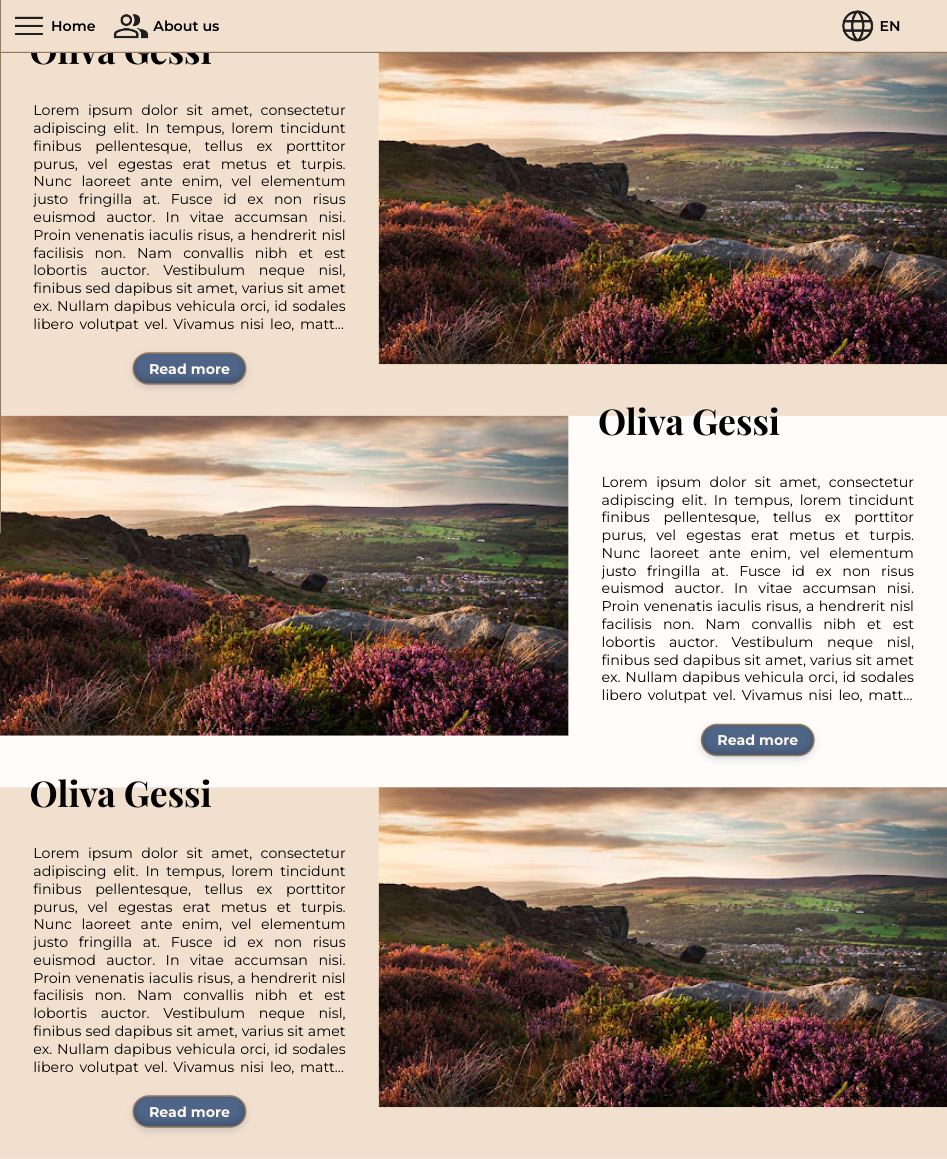
Repository: Seaside-Jokers/Oliva-gessi
Page: index.html
The author's editor kept a copy of each file at every save. The page is drawn from the files as they stood at one save, then again after the next save.
The browser window is 1280 px wide. The pictures show the whole page, at 74% of full size.
Some web fonts or font styles are not loaded; a fallback is used.

Above is the page before, as saved 2026-02-18 16:01:42.

### index.html
<!DOCTYPE html>
<html lang="it">
<head>
    <meta charset="UTF-8">
    <title>Oliva Gessi</title>
    <link rel="stylesheet" href="src/style.css">
    <link rel="alternate" hreflang="en" href="index.html">
    <link rel="alternate" hreflang="it" href="index.html">
    <link rel="preconnect" href="https://fonts.googleapis.com">
    <link rel="preconnect" href="https://fonts.gstatic.com" crossorigin>
    <link href="https://fonts.googleapis.com/css2?family=Playfair+Display:ital,wght@0,400..900;1,400..900&display=swap" rel="stylesheet">
</head>
<body>
    <!-- ======================================================================= -->
    <!--                                 NAVBAR                                  -->
    <!-- ======================================================================= -->
    <nav class="navbar">
        <!-- Home -->
        <button class="btn-navbar" type="button" onclick="toggleMenu()">
            <img src="assets/menu_icon.png" data-key="home" alt="Home" class="icone" id="navbar-button">
            <span data-key="home" class="nav-data">Menu</span>
        </button>
        <!-- About us-->
        <button class="btn-navbar" type="button" onclick="location.href='about-us.html'">
            <img src="assets/about_us.png" data-key="about" alt="Chi siamo" class="icone">
            <span data-key="about" class="nav-data">Chi siamo</span>
        </button>
        <!-- Cambio lingua (a destra) -->
        <button class="btn-navbar lang-button" type="button" onclick="changeLang()">
            <img src="assets/language.png" data-key="language" alt="Cambia lingua" class="icone">
            <span data-key="current_language" class="nav-data">IT</span>
        </button>
    </nav>
    <!-- ======================================================================= -->
    <!--                                 SIDEBAR                                 -->
    <!-- ======================================================================= -->
    <!-- Strato trasparente che permette di chiudere il menu cliccando fuori -->
    <div class="clicker" onclick="closeMenu()"></div>
    <!-- Menu laterale vero e proprio -->
    <div class="sidebar" id="sidebar">
        <!-- Chiudi il menu -->
        <button class="sidebar-button" type="button" onclick="closeMenu()">
            <img src="assets/close.png" alt="Chiudi menu" class="icone large">
            <span data-key="close_menu" class="side-data">Chiudi</span>
        </button>
        <!-- About us -->
        <button class="sidebar-button" type="button" onclick="location.href='about-us.html'">
            <img src="assets/about_us.png" alt="Chiudi menu" class="icone large">
            <span data-key="about" class="side-data">Chi siamo</span>
        </button>
        <details>
            <!-- Le varie pagine del file -->
            <summary data-key="cerca_pagina"></summary>
        </details>
    </div>

    <!-- ======================================================================= -->
    <!--                                CONTENUTO                                -->
    <!-- ======================================================================= -->
    <div class="blocco">
        <img src="assets/immagine_16x9.jpg" alt="Foto placeholder del primo blocco" data-key="alt_img1" class="foto-blocco">
        <div class="container-testo-blocco">
            <h1 class="titolo-blocco" data-key="title_1">Oliva Gessi</h1>
            <p class="testo-blocco" data-key="testo_1">Lorem ipsum dolor sit amet, consectetur adipiscing elit. In tempus, lorem tincidunt finibus pellentesque, tellus ex porttitor purus, vel egestas erat metus et turpis. Nunc laoreet ante enim, vel elementum justo fringilla at. Fusce id ex non risus euismod auctor. In vitae accumsan nisi. Proin venenatis iaculis risus, a hendrerit nisl facilisis non. Nam convallis nibh et est lobortis auctor. Vestibulum neque nisl, finibus sed dapibus sit amet, varius sit amet ex. Nullam dapibus vehicula orci, id sodales libero volutpat vel. Vivamus nisi leo, mattis ut est convallis, pharetra ornare ipsum. Fusce elementum velit at massa mattis rutrum. Curabitur tincidunt consectetur nibh, in molestie urna ullamcorper sed. Interdum et malesuada fames ac ante ipsum primis in faucibus.</p>
            <button class="read-more-button" type="button" onclick="" data-key="read_more">Leggi di più</button>
        </div>
    </div>
    <div class="blocco">
        <img src="assets/immagine_16x9.jpg" alt="Foto placeholder del primo blocco" data-key="alt_img1" class="foto-blocco">
        <div class="container-testo-blocco">
            <h1 class="titolo-blocco" data-key="title_1">Oliva Gessi</h1>
            <p class="testo-blocco" data-key="testo_1">Lorem ipsum dolor sit amet, consectetur adipiscing elit. In tempus, lorem tincidunt finibus pellentesque, tellus ex porttitor purus, vel egestas erat metus et turpis. Nunc laoreet ante enim, vel elementum justo fringilla at. Fusce id ex non risus euismod auctor. In vitae accumsan nisi. Proin venenatis iaculis risus, a hendrerit nisl facilisis non. Nam convallis nibh et est lobortis auctor. Vestibulum neque nisl, finibus sed dapibus sit amet, varius sit amet ex. Nullam dapibus vehicula orci, id sodales libero volutpat vel. Vivamus nisi leo, mattis ut est convallis, pharetra ornare ipsum. Fusce elementum velit at massa mattis rutrum. Curabitur tincidunt consectetur nibh, in molestie urna ullamcorper sed. Interdum et malesuada fames ac ante ipsum primis in faucibus.</p>
            <button class="read-more-button" type="button" onclick="" data-key="read_more">Leggi di più</button>
        </div>
    </div>
    <div class="blocco">
        <img src="assets/immagine_16x9.jpg" alt="Foto placeholder del primo blocco" data-key="alt_img1" class="foto-blocco">
        <div class="container-testo-blocco">
            <h1 class="titolo-blocco" data-key="title_1">Oliva Gessi</h1>
            <p class="testo-blocco" data-key="testo_1">Lorem ipsum dolor sit amet, consectetur adipiscing elit. In tempus, lorem tincidunt finibus pellentesque, tellus ex porttitor purus, vel egestas erat metus et turpis. Nunc laoreet ante enim, vel elementum justo fringilla at. Fusce id ex non risus euismod auctor. In vitae accumsan nisi. Proin venenatis iaculis risus, a hendrerit nisl facilisis non. Nam convallis nibh et est lobortis auctor. Vestibulum neque nisl, finibus sed dapibus sit amet, varius sit amet ex. Nullam dapibus vehicula orci, id sodales libero volutpat vel. Vivamus nisi leo, mattis ut est convallis, pharetra ornare ipsum. Fusce elementum velit at massa mattis rutrum. Curabitur tincidunt consectetur nibh, in molestie urna ullamcorper sed. Interdum et malesuada fames ac ante ipsum primis in faucibus.</p>
            <button class="read-more-button" type="button" onclick="" data-key="read_more">Leggi di più</button>
        </div>
    </div>

    <!--=======================================================================-->
    <!--                      DO NOT TOUCH BELOW THIS LINE                     -->
    <!--=======================================================================-->
    <script src="src/database_testo.js"></script>
    <script src="src/color_scheme.js"></script>
    <script src="src/sidebar.js"></script>
    <script src="src/homepage.js"></script>
</body>

<!-- TODO: leggi questo commento e poi eliminalo per favore: quando vuoi aggiungere un nuovo testo modificalo in src/database_testo.js -->
</html>

### src/style.css
/* -------------------------------------------------------------------------- */
/*                                   COLORI                                   */
/* -------------------------------------------------------------------------- */
:root,
[data-theme="light"] {
    /** BACKGROUND */
    --bg-dark:      hsl(30 58% 88%);
    --bg:           hsl(30 100% 94%);
    --bg-light:     hsl(30 100% 99%);

    /** TESTO */
    --text:         hsl(17 100% 4%);
    --text-muted:   hsl(32 47% 25%);
    --highlight:    hsl(31 100% 97%);

    /** BORDI */
    --border:       hsl(31 26% 47%);
    --border-muted: hsl(31 31% 59%);

    /** COLORI INTERFACCIA */
    --primary:      hsl(37 100% 17%);
    --secondary:    hsl(206 82% 26%);
    --danger:       hsl(9 25% 41%);
    --warning:      hsl(51 29% 33%);
    --success:      hsl(148 24% 35%);
    --info:         hsl(217 26% 42%);
}

[data-theme="dark"] {
    /** BACKGROUND */
    --bg-dark:      hsl(18 100% 1%);
    --bg:           hsl(25 93% 4%);
    --bg-light:     hsl(31 65% 7%);

    /** TESTO */
    --text:         hsl(31 100% 92%);
    --text-muted:   hsl(31 39% 67%);
    --highlight:    hsl(31 33% 36%);

    /** BORDI */
    --border:       hsl(32 47% 25%);
    --border-muted: hsl(34 84% 14%);

    /** COLORI INTERFACCIA */
    --primary:      hsl(31 62% 64%);
    --secondary:    hsl(209 77% 71%);
    --danger:       hsl(9 31% 65%);
    --warning:      hsl(52 22% 56%);
    --success:      hsl(147 21% 58%);
    --info:         hsl(217 34% 65%);
}

/* Fallback per chi non ha JavaScript: segue la preferenza di sistema */
@media (prefers-color-scheme: dark) {
    :root:not([data-theme]) {
        /** BACKGROUND */
        --bg-dark:      hsl(18 100% 1%);
        --bg:           hsl(25 93% 4%);
        --bg-light:     hsl(31 65% 7%);

        /** TESTO */
        --text:         hsl(31 100% 92%);
        --text-muted:   hsl(31 39% 67%);
        --highlight:    hsl(31 33% 36%);

        /** BORDI */
        --border:       hsl(32 47% 25%);
        --border-muted: hsl(34 84% 14%);

        /** COLORI INTERFACCIA */
        --primary:      hsl(31 62% 64%);
        --secondary:    hsl(209 77% 71%);
        --danger:       hsl(9 31% 65%);
        --warning:      hsl(52 22% 56%);
        --success:      hsl(147 21% 58%);
        --info:         hsl(217 34% 65%);
    }
}

:root {
    /* --- VALORI PER DESKTOP (Default) --- */

    /* -------------------------------------------------------------------------- */
    /*                                   NAVBAR                                   */
    /* -------------------------------------------------------------------------- */
    --nav-height: 60px;
    --nav-img-size: 50px;
    --nav-font-size: 1.2rem;
    --sidebar-width: 300px;
    /* -------------------------------------------------------------------------- */
    /*                                  HOMEPAGE                                  */
    /* -------------------------------------------------------------------------- */
    --block-dist: 30px;
    --btn-width: 150px;
    --btn-height: 40px;
}

@media (max-aspect-ratio: 1/1) {
    :root {
        /* --- VALORI PER MOBILE (Telefoni e Tablet piccoli) --- */

        /* -------------------------------------------------------------------------- */
        /*                                   NAVBAR                                   */
        /* -------------------------------------------------------------------------- */
        --nav-height: 80px;
        --nav-img-size: 65px;
        --nav-font-size: 2.1rem;
        --sidebar-width: 450px;
        /* -------------------------------------------------------------------------- */
        /*                                  HOMEPAGE                                  */
        /* -------------------------------------------------------------------------- */
        --block-dist: 30px;

        --btn-width: 300px;
        --btn-height: 80px;
    }
}


/* -------------------------------------------------------------------------- */
/*                                    BASE                                    */
/* -------------------------------------------------------------------------- */
/* corpo dell'HTML */
body {
    font-family: 'Montserrat', sans-serif;
    margin: 0;
    padding: 0;
    background-color: var(--bg-light);
    padding-top: var(--nav-height);
}

@font-face {
    font-family: 'Playfair Display';
    src: url('../fonts/Playfair_Display/PlayfairDisplay-VariableFont_wght.ttf') format('truetype');
    font-weight: 100 900;
    font-style: normal;
    font-display: swap;
}
@font-face {
    font-family: 'Playfair Display';
    src: url('../fonts/Playfair_Display/PlayfairDisplay-Italic-VariableFont_wght.ttf') format('truetype');
    font-weight: 100 900;
    font-style: italic;
    font-display: swap;
}

@font-face {
    font-family: 'Montserrat';
    src: url('../fonts/Montserrat/Montserrat-VariableFont_wght.ttf') format('truetype');
    font-weight: 100 900;
    font-style: normal;
    font-display: swap;
}
@font-face {
    font-family: 'Montserrat';
    src: url('../fonts/Montserrat/Montserrat-Italic-VariableFont_wght.ttf') format('truetype');
    font-weight: 100 900;
    font-style: italic;
    font-display: swap;
}

.text {
    font-family: 'Montserrat', sans-serif;
}
.title {
    font-family: 'Playfair Display', serif;
}

h1 {
    font-family: 'Playfair Display', serif;
    font-weight: bold;
}
h2 {
    font-family: 'Playfair Display', serif;
    font-weight: bold;
}
h3 {
    font-family: 'Playfair Display', serif;
    font-weight: bold;
}
h4 {
    font-family: 'Playfair Display', serif;
    font-weight: bold;
}
h5 {
    font-family: 'Playfair Display', serif;
    font-weight: bold;
}
h6 {
    font-family: 'Playfair Display', serif;
    font-weight: bold;
}
p {
    font-family: 'Montserrat', sans-serif;
}
span {
    font-family: 'Montserrat', sans-serif;
}

.l {
    margin-left: 0px;
    margin-right: auto;
}
.r {
    margin-left: auto;
    margin-right: 0px;
    align-items: right;
}

/* -------------------------------------------------------------------------- */
/*                                   NAVBAR                                   */
/* -------------------------------------------------------------------------- */
nav.navbar {
    position: fixed;
    top: 0;
    width: 100%;
    height: var(--nav-height);
    display: flex;
    align-items: center;
    background-color: var(--bg-dark);
    padding: 5px;
    border-bottom: 2px solid var(--border);
}
.icone {
    width: var(--nav-img-size);
    height: auto;
    display: block;
    margin: 0px 5px;
}

button.btn-navbar {
    padding: 4px;
    margin-right: 10px;
    background: none;
    border: none;
    cursor: pointer;
    transition: transform 0.2s;
    display: flex;
    flex-direction: row;
    align-items: center;
    justify-content: center;
    font-family: 'Montserrat', sans-serif;
}
.btn-navbar:hover {
    transform: scale(1.1);
}
button.btn-navbar.lang-button {
    margin-left: auto;
    margin-right: 5vw;
}
button.btn-navbar.ruotata {
    transform: rotate(90deg);
}

span.nav-data {
    font-family: 'Montserrat', sans-serif;
    font-size: var(--nav-font-size);
    font-weight: 600;
}
/* TODO: apertuta menu, rotazione di 90° quando il menù è aperto */

.btn-menu:hover {
    transform: scale(1.1);
}

/* -------------------------------------------------------------------------- */
/*                               SIDEBAR (HOME)                               */
/* -------------------------------------------------------------------------- */
.clicker {
    position: fixed;
    top: 0;
    left: 0;
    width: 0%;
    height: 0%;
    z-index: 1;
}
.clicker.show {
    width: 100%;
    height: 100%;
}
.sidebar {
    position: fixed;
    height: 100%;
    width: var(--sidebar-width);
    position: fixed;
    z-index: 1000;
    top: 0;
    left: calc(-1 * var(--sidebar-width));
    background-color: var(--bg-dark);
    overflow-x: hidden;
    transition: 0.5s;
    flex-direction: column;
    border-right: 2px solid var(--border);
}
.sidebar.aperta {
    left: 0;
}
.sidebar-button {
    background: none;
    border: none;
    display: flex;
    flex-direction: row;
    align-items: center;
    height: var(--nav-height);
    flex: 1;
    margin: 8px 3px;
}
.side-data {
    font-size: var(--nav-font-size);
}
details {
  cursor: pointer;
  font-weight: bold;
  margin-top: 10px;
  margin-bottom: 15px;
  margin-left: 15px;
  font-size: var(--nav-font-size);
}

/* -------------------------------------------------------------------------- */
/*                                  CONTENUTO                                 */
/* -------------------------------------------------------------------------- */
.container {
    display: flex;
    flex-direction: row;
    align-items: center;
    justify-content: center;
    width: 100%;
}
.blurry {
    backdrop-filter: blur(5px);
    -webkit-backdrop-filter: blur(8px);
}

/* Valori per computer */
.blocco {
    width: 100%;
    height: 33.75vw;
    padding-bottom: 70px;
    padding-top:
    box-sizing: content-box;
    display: flex;
    flex-direction: row;
    align-items: stretch;
    background: none;
    align-items: center;
}
.blocco:nth-child(even) {
    flex-direction: row-reverse;
    flex-direction: row-reverse;
    background: var(--bg-dark);
}
.container-testo-blocco {
    width: auto;
    display: flex;
    flex-direction: column;
    padding: 0px 20px;
    min-height: 0;
    flex: 1;
    overflow: hidden;
}
.titolo-blocco {
    font-size: 3rem;
    margin: 20px;
    font-family: 'Playfair Display', serif;
    flex-shrink: 0;
}
.testo-blocco {
    margin-left: 25px;
    margin-right: 25px;
    flex: 1;
    overflow: hidden;
    min-height: 0;
    font-size: var(--nav-font-size);
    display: -webkit-box;
    -webkit-box-orient: vertical;
    -webkit-line-clamp: 13;
    line-clamp: 13;
    text-align: justify;
    /* line-clamp aggiornato dinamicamente dal JS */
}
.foto-blocco {
    width: 60%;
    height: 100%;
    display: block;
    object-fit: cover;
    flex-shrink: 0;
}
.read-more-button {
    width: var(--btn-width);
    height: var(--btn-height);
    margin-top: 10px;
    margin-bottom: 20px;
    margin-left: calc(50% - var(--btn-width) / 2);
    background-color: var(--info);
    border: none;
    color: var(--highlight);
    font-size: var(--nav-font-size);
    font-family: 'Montserrat', sans-serif;
    cursor: pointer;
    font-weight: 700;
    border-radius: calc(var(--btn-height) / 2);
    border: none;
    box-shadow:
        0 0 0 2px var(--border),
        inset 0 -4px 8px hsl(0 0% 0% / 0.2),
        0 4px 12px hsl(217 26% 42% / 0.3);
    transition: all 0.2s ease;
    flex-shrink: 0;
}
.read-more-button:hover {
    box-shadow:
        0 0 0 3px var(--border-muted),
        inset 0 -2px 4px hsl(0 0% 0% / 0.15),
        0 6px 16px hsl(209 77% 71% / 0.4);
    transform: translateY(-2px);
}

@media (max-aspect-ratio: 1/1), (max-width: 1000px) {
    /* Valori per telefono */
    .blocco {
        height: auto;
        padding-bottom: 0;
        flex-direction: column;
        border-bottom: 2px solid var(--highlight);
    }
    .blocco:nth-child(even) {
        flex-direction: column;
    }
    .titolo-blocco {
        font-size: 5rem;
    }
    .foto-blocco {
        width: 100%;
        height: auto;
        aspect-ratio: 16/9;
    }
    .testo-blocco {
        -webkit-line-clamp: 10;
        line-clamp: 10;
    }
}



/* -------------------------------------------------------------------------- */
/*                              IMG (ABOUT US)                               */
/* -------------------------------------------------------------------------- */



#jacopo {

    margin: 100px 100px;
}

/*
    Fonts: https://ctrl-z.it/9-font-architettura-tavole-portfolio https://material-f/
    Design: foundation.github.io/material-theme-builder/
    Design: https://www.iamsajid.com/css-tricks/
    Fonts: Playfair Display (titoli), Montserrat (testo normale)
*/

### src/sidebar.js
let menuAperto = false;

function toggleMenu() {
    menuAperto = !menuAperto;

    const icon = document.getElementById("navbar-button");
    icon.classList.toggle('ruotata');

    const menu = document.getElementById("sidebar");
    menu.classList.toggle('aperta');

    const clicker = document.querySelector(".clicker");
    clicker.classList.toggle('show');
}
function closeMenu() {
    if(!menuAperto) return;
    toggleMenu();
}

### src/homepage.js
function clampTesti() {
    document.querySelectorAll('.blocco').forEach(blocco => {
        const img    = blocco.querySelector('.foto-blocco');
        const testo  = blocco.querySelector('.testo-blocco');
        const titolo = blocco.querySelector('.titolo-blocco');
        const btn    = blocco.querySelector('.read-more-button');
        if (!img || !testo) return;

        // Altezza reale della foto (rispetta aspect-ratio e zoom)
        const imgH = img.getBoundingClientRect().height;

        // Spazio occupato da titolo e pulsante (margini inclusi)
        const titleH = titolo ? titolo.getBoundingClientRect().height
                                + parseFloat(getComputedStyle(titolo).marginTop)
                                + parseFloat(getComputedStyle(titolo).marginBottom)
                              : 0;
        const btnH   = btn    ? btn.getBoundingClientRect().height
                                + parseFloat(getComputedStyle(btn).marginTop)
                                + parseFloat(getComputedStyle(btn).marginBottom)
                              : 0;

        // Padding del container
        const contStyle = getComputedStyle(testo.parentElement);
        const padV = parseFloat(contStyle.paddingTop) + parseFloat(contStyle.paddingBottom);

        const disponibile = imgH - titleH - btnH - padV
                            - parseFloat(getComputedStyle(testo).marginTop)
                            - parseFloat(getComputedStyle(testo).marginBottom);

        const lineH = parseFloat(getComputedStyle(testo).lineHeight);
        const righe = Math.max(1, Math.floor(disponibile / lineH));

        testo.style.webkitLineClamp = righe;
        testo.style.lineClamp       = righe;
    });
}

// Ricalcola ad ogni resize (zoom incluso) e al caricamento immagini
window.addEventListener('resize', clampTesti);
document.querySelectorAll('.foto-blocco').forEach(img => {
    img.addEventListener('load', clampTesti);
    if (img.complete) clampTesti();
});
document.addEventListener('DOMContentLoaded', clampTesti);

Loaded but not shown: src/color_scheme.js (155 lines, source omitted); src/database_testo.js (94 lines, source omitted)

After the next save:
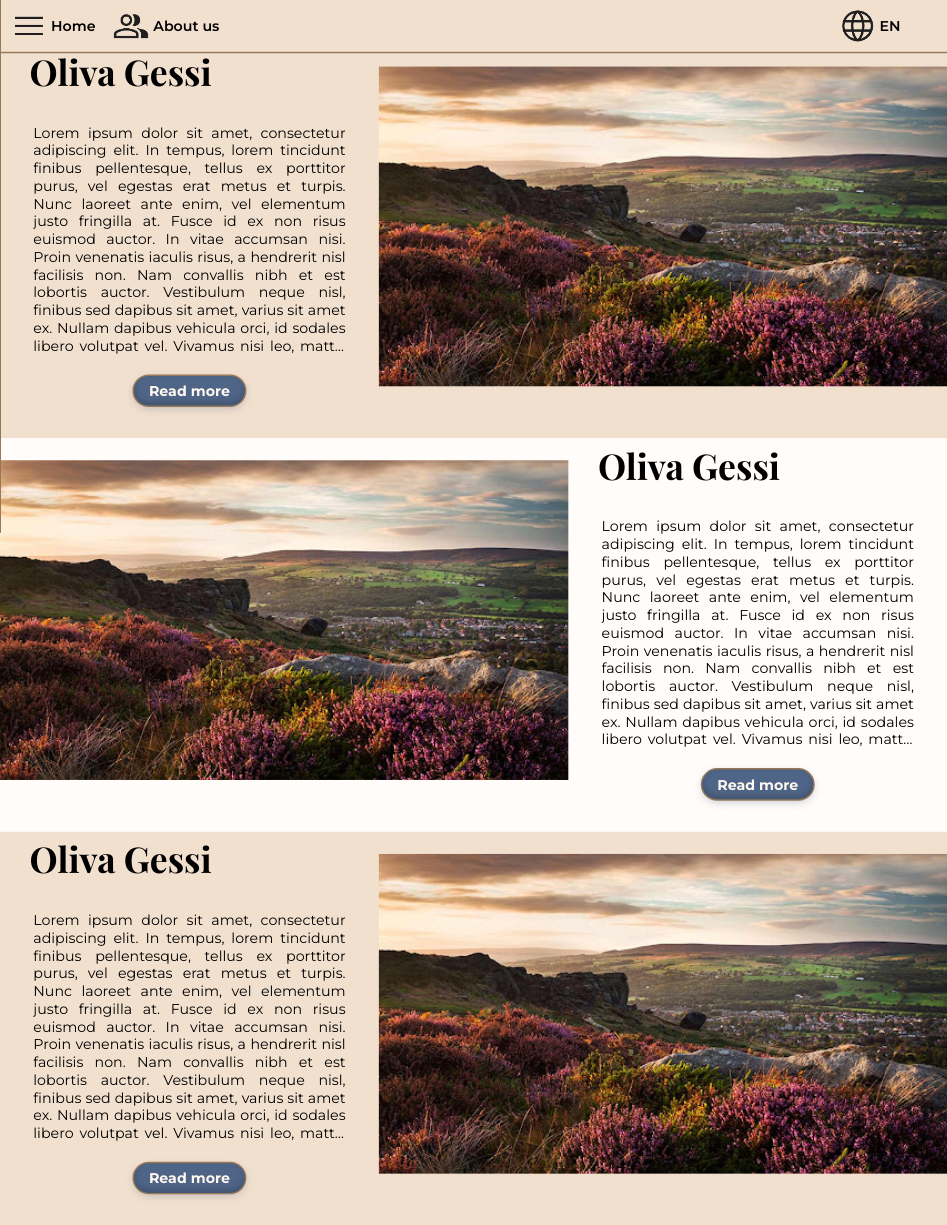
Saved 4 s later.
--- a/src/style.css
+++ b/src/style.css
@@ -337,7 +337,7 @@ details {
     width: 100%;
     height: 33.75vw;
     padding-bottom: 70px;
-    padding-top:
+    padding-top: 30px;
     box-sizing: content-box;
     display: flex;
     flex-direction: row;
